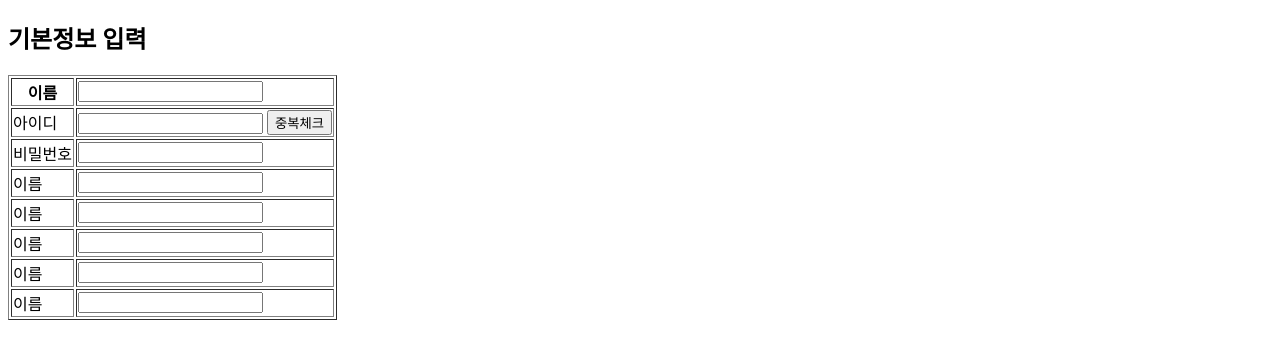
Repository: jinaa11/Kcc_Web
Page: Html/WebContent/mission3.html
An editor plug-in stored every save of this project. The page is shown before and after the next save, followed by the edit.
The browser window is 1280 px wide. The pictures show the whole page.

Above is the page before, as saved 2024-07-08 06:17:47.

After the next save:
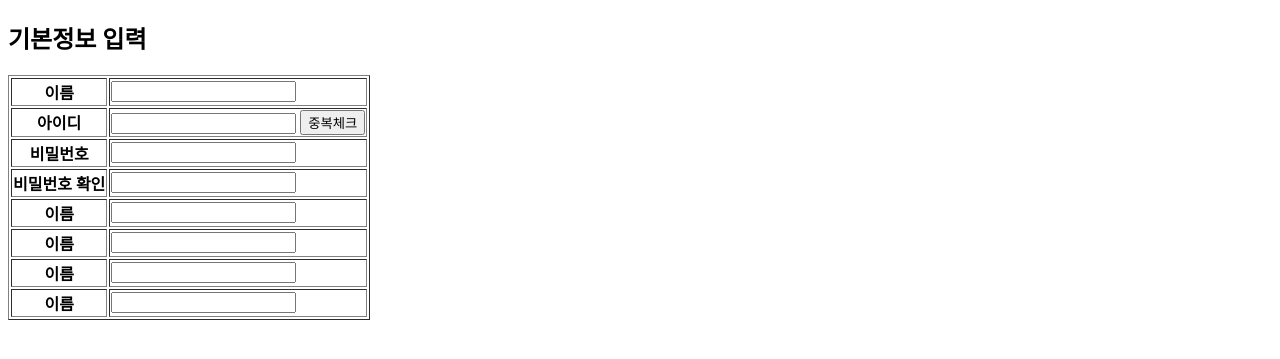
Saved 43 s later.
--- a/Html/WebContent/mission3.html
+++ b/Html/WebContent/mission3.html
@@ -15,44 +15,44 @@
 				</td>
 			</tr>
 			<tr>
-				<td>아이디</td>
+				<th>아이디</th>
 				<td>
 					<input type="text" name="name">
 					<input type="button" name="duplication_check" value="중복체크">
 				</td>
 			</tr>
 			<tr>
-				<td>비밀번호</td>
+				<th>비밀번호</th>
 				<td>
 					<input type="text" name="name">
 				</td>
 			</tr>
 			<tr>
-				<td>이름</td>
+				<th>비밀번호 확인</th>
 				<td>
 					<input type="text" name="name">
 				</td>
 			</tr>
 			<tr>
-				<td>이름</td>
+				<th>이름</th>
 				<td>
 					<input type="text" name="name">
 				</td>
 			</tr>
 			<tr>
-				<td>이름</td>
+				<th>이름</th>
 				<td>
 					<input type="text" name="name">
 				</td>
 			</tr>
 			<tr>
-				<td>이름</td>
+				<th>이름</th>
 				<td>
 					<input type="text" name="name">
 				</td>
 			</tr>
 			<tr>
-				<td>이름</td>
+				<th>이름</th>
 				<td>
 					<input type="text" name="name">
 				</td>
